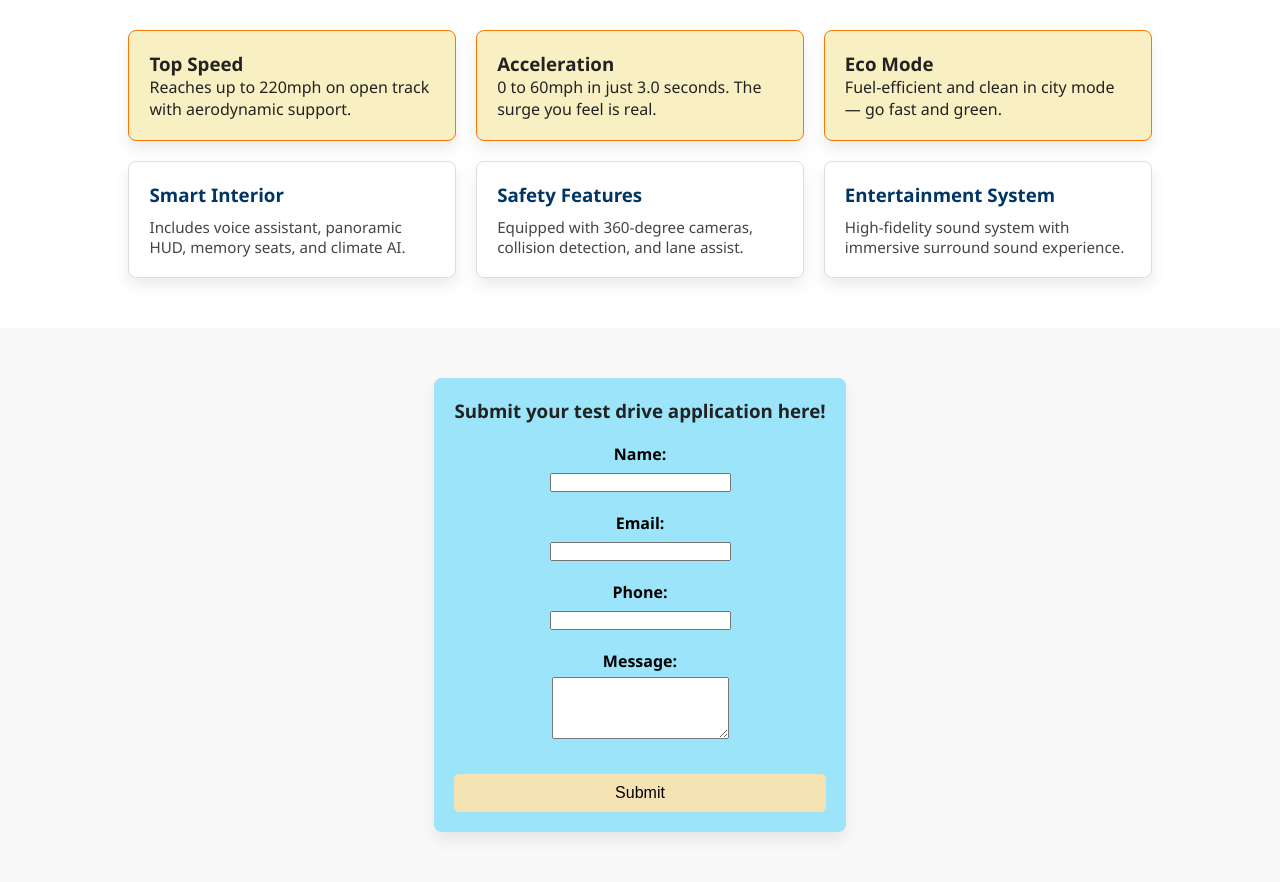
Repository: JiaheSu22/vrooom-responsive-main
Page: index.html
These files come from the project's save history. The page is drawn as it stood at one moment and after the next save; the edit follows.
The browser window is 1280 px wide. The pictures show the part of the page from y = 740 to 1622 px (the page is 1622 px tall before and 1582 px after).
A picture or video elsewhere on the page could not be fetched, so the positions and the page height are approximate.

Above is the page before, as saved 2025-04-11 14:54:27.

After the next save:
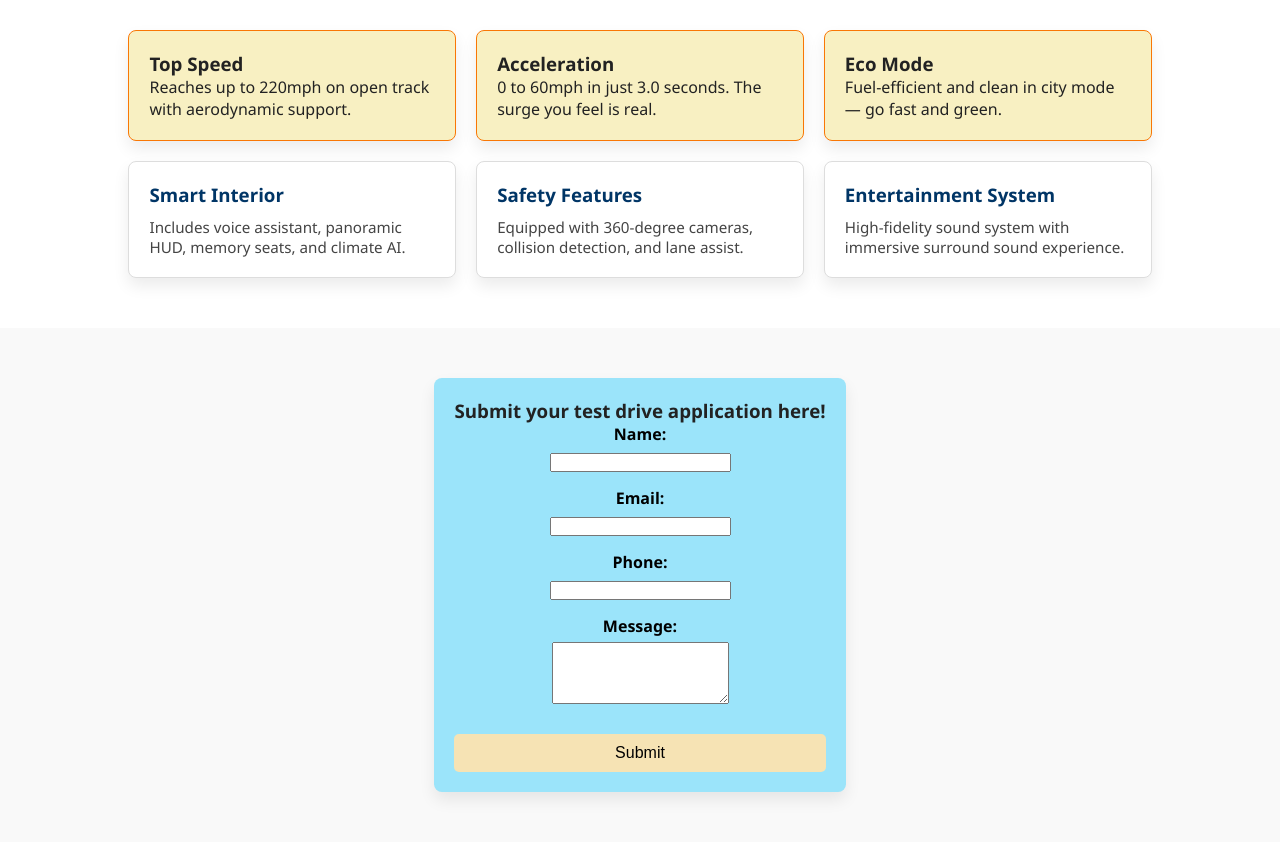
Saved 78 s later.
--- a/index.html
+++ b/index.html
@@ -174,9 +174,9 @@
       color: #000000;
     }
 
-    .form-section form {
-      display: flex;
-      gap: 20px;
+    .form-section .form {
+      margin-bottom: 15px;
+      /* 增加间距 */
     }
 
     .form-section button {
